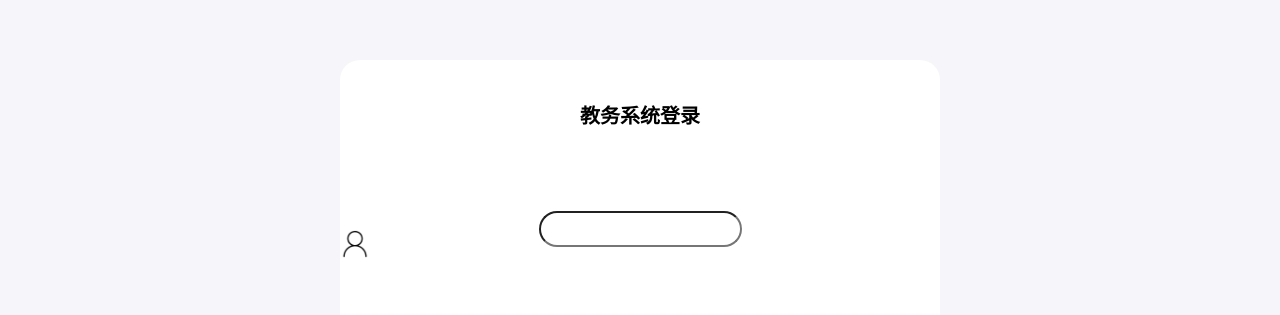
Repository: yangziteng/System
Page: / (app in myreact/)
These files come from the project's save history. The page is drawn as it stood at one moment and after the next save; the edit follows.
The browser window is 1280 px wide. The pictures show the whole page.
The project was rebuilt for these pictures with package versions that can differ from the ones it lists, and the page was loaded fresh each time. Also part of the build but not shown: myreact/vite.config.js, myreact/src/App.css, myreact/src/App.jsx, myreact/src/log.jsx.

Above is the page before, as saved 2022-07-08 12:20:24.

### myreact/src/main.jsx
import React from 'react'
import ReactDOM from 'react-dom/client'
import App from './App'
import LOG from './log'
import './index.css'
import Login from "./pages/Login/Login"
const p = {name:"杨",age:12}
ReactDOM.createRoot(document.getElementById('root')).render(
  <React.StrictMode>
    {/* //解构赋值 语法 */}

    <Login/>


  </React.StrictMode>
)

### myreact/src/pages/Login/Login.jsx
import { useState } from 'react'
import { Component } from 'react'
import "./Login.css"
import img from "./images/a.png" //引入图片
class Login extends Component {
    constructor() {
        super()
    }
    render() {
        return (
            <div className='bgc'>
                <div className='model'>
                    <div className='model-head'>教务系统登录</div>
                    <div className='model-body'>
                        <input type="text" className='model-body-input' >
                        </input>
                        <div>
                            <img className='img'  src={img} alt="" />
                        </div>
                    </div>
                </div>
            </div>
        )
    }
}
export default Login

### myreact/src/pages/Login/Login.css

.bgc{
    background-color: rgba(245,245,250);
    width: 100vw;
    height: 100vh;
    display:flex;
    align-items: center;
}
.model{
    width: 600px;
    height: 600px;
    background-color: white;
    border-radius: 20px;
    margin:0 auto;
}
.model-head{
    text-align: center;
    margin-top:40px;
    font-size: 20px;
    font-weight: 800;
}
.model-body{
    display: flex;
    margin-top:100px;
    align-items: center;
    justify-content: center;
    position:relative
}
.model-body-input{
    height: 30px;
    border-radius: 20px;
    padding-left:20px ;
    position:absolute
}
.img{
    width: 30px;
    height: 30px;
    position: absolute;
    left:0px
}

Loaded but not shown: myreact/index.html (common file); myreact/src/index.css (common file)

After the next save:
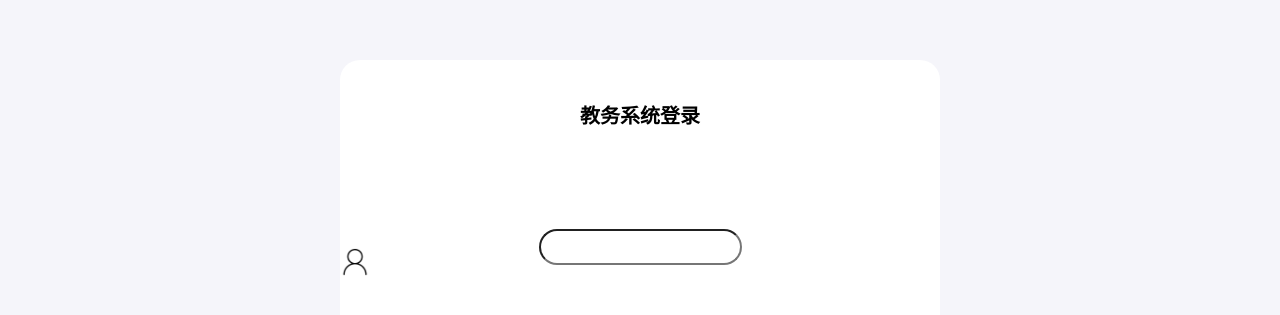
Saved 37 s later.
--- a/myreact/src/pages/Login/Login.css
+++ b/myreact/src/pages/Login/Login.css
@@ -30,7 +30,7 @@
     height: 30px;
     border-radius: 20px;
     padding-left:20px ;
-    position:absolute
+    position:relative
 }
 .img{
     width: 30px;
